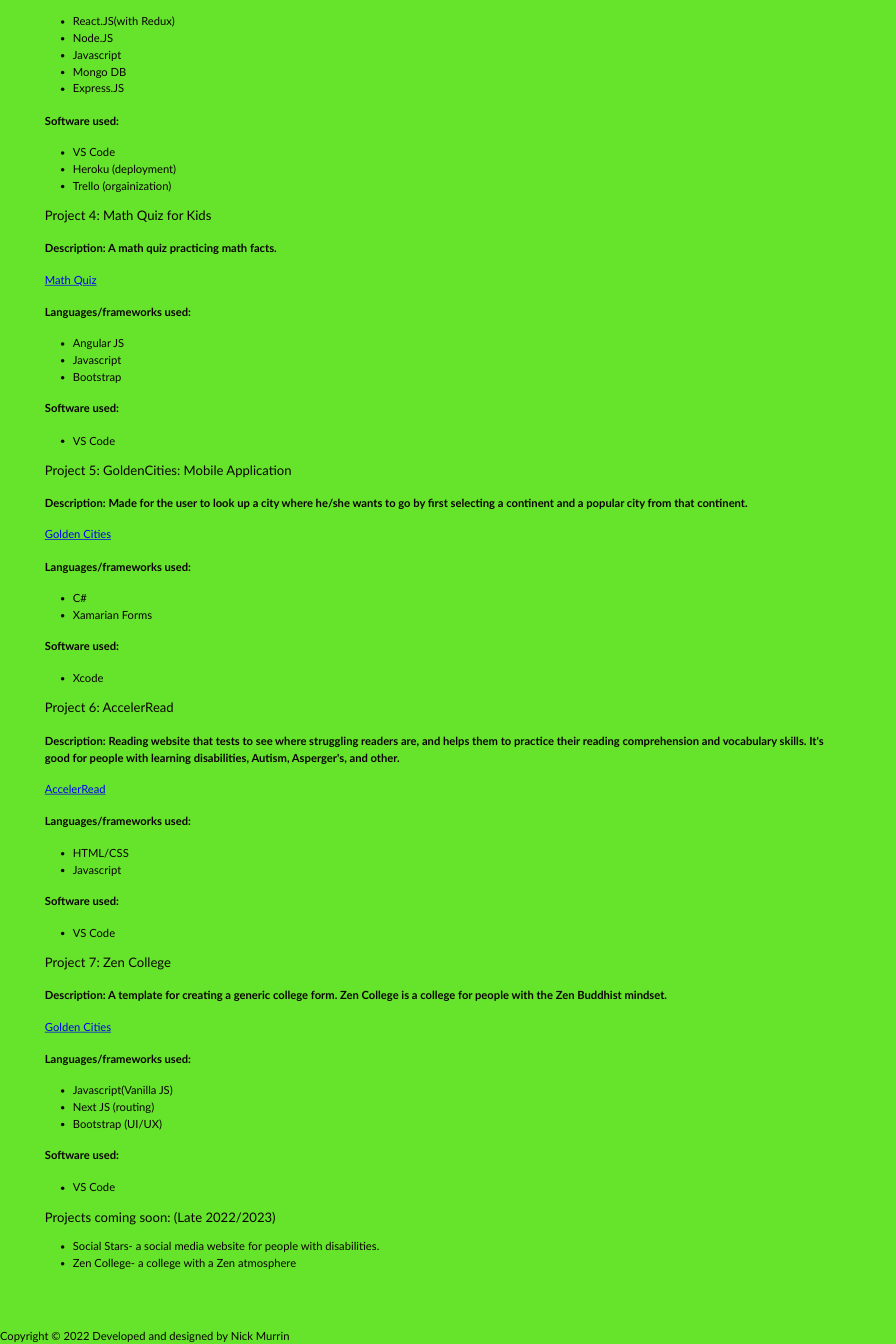
Repository: collegedude9300/modernport
Page: about.html
The author's editor kept a copy of each file at every save. The page is drawn from the files as they stood at one save, then again after the next save.
The browser window is 1280 px wide. The pictures show the part of the page from y = 1350 to 3270 px (the page is 3270 px tall before and 3246 px after), at 70% of full size.

Above is the page before, as saved 2022-11-08 15:22:45.

### about.html
<!DOCTYPE html>
<html lang="en">
<head>
  <meta charset="UTF-8">
  <meta name="viewport" content="width=device-width, initial-scale=1.0">
  <meta http-equiv="X-UA-Compatible" content="ie=edge">
  <link rel="stylesheet" href="css/main.css">
  <title>Portfolio</title>
</head>
<body>
<header>
<div class="menu-btn">
<div class="btn-line"></div>
<div class="btn-line"></div>
<div class="btn-line"></div>
</div>

<nav class="menu">
<div class="menu-branding">
<div class="portrait"></div>
</div>

<ul class="menu-nav">
<li class="nav-item">
<a href="index.html" class="nav-link">
Home
</a>
</li>

<li class="nav-item current">
<a href="about.html" class="nav-link">
About Me
</a>
</li>



<li class="nav-item">
<a href="contact.html" class="nav-link">
Contact Me
</a>
</li>
</ul>
</nav>
</header>
<main id="home">

<h1 class="lg-heading">
About Me:
</h1>
    <div class="about-info">
      <div class="bio">
        <p>My name is Nick Murrin and I am a Computer Science graduate of California State University San Marcos.
        I also have a certification in web development, specifically in Full Stack Web Developement.
        My  current expertise is in Front End Web Development.
        I take pride in my  work, and I am always available to help people with their websites.
        </p>
      </div>
      <div class="project1">
        <h3>Project 1: Education Station </h3>
        <h4>Description: An educational website that reinforces early education for younger kids.</h4>
        <a href="https://educationstation.vercel.app/ "/>Education Station </a>
<h4> Languages/frameworks used: </h4>
<ul>
  <li>Javascript (Vanilla JS)</li>
  <li>Bootstrap</li>
</ul>
<h4> Software used: </h4>
<ul>
<li> Notepad ++  </li>
</ul>
      </div>
      <div class="project2">
        <h3>Project 2: Zen Station</h3>
        <h4>Description: A relaxing website that allows users to settle down by living in the moment through various forms of enlightenment.
          (formally known as Zen Center, but now remastered)</h4>
        <a href="https://zenstationnext.vercel.app/"/> Zen Station </a>
<h4> Languages/frameworks used: </h4>
<ul>
  <li>Javascript(Vanilla JS)</li>
  <li>Next JS (routing)</li>
  <li>Bootstrap (UI/UX)</li>
</ul>
<h4> Software used: </h4>
<ul>
<li> VS Code  </li>
</ul>
      </div>
      <div class="project3">
        <h3>Project 3: NaviSmart Group App</h3>
        <h4>Description: A web-based application for college aged people who wishes to boost their productivity in the morning.
        </h4>
        <a href="https://github.com/Willhanau/FigNeutrons">Team Project on NaviSmart</a>
 <h4> Languages/frameworks used: </h4>
<ul>
  <li>React.JS(with Redux)</li>
  <li>Node.JS</li>
  <li>Javascript</li>
  <li> Mongo DB  </li>
  <li>Express.JS</li>
</ul>
<h4> Software used: </h4>
<ul>
<li> VS Code  </li>
<li> Heroku (deployment)  </li>
<li> Trello (orgainization)  </li>
</ul>
</div>

<div class="project4">
        <h3>Project 4: Math Quiz for Kids</h3>
        <h4>Description: A math quiz practicing math facts.</h4>
        <a href="https://mathquiz-sigma.vercel.app/"/> Math Quiz </a>
<h4> Languages/frameworks used: </h4>
<ul>
  <li>Angular JS</li>
  <li>Javascript</li>
  <li>Bootstrap</li>
</ul>
<h4> Software used: </h4>
<ul>
<li> VS Code  </li>
</ul>
      </div>
</div>
<div class="project5">
        <h3>Project 5: GoldenCities: Mobile Application</h3>
        <h4>Description: Made for the user to look up a city where he/she wants to go by first selecting a continent and a popular city from that continent.</h4>
        <a href="https://github.com/collegedude9300/goldencity"/> Golden Cities </a>
<h4> Languages/frameworks used: </h4>
<ul>
  <li>C#</li>
  <li>Xamarian Forms</li>
</ul>
<h4> Software used: </h4>
<ul>
<li> Xcode  </li>
</ul>
      </div>
</div>
<div class="project6">
  <h3>Project 6: AccelerRead</h3>
  <h4>Description: Reading website that tests to see where struggling readers are,
and helps them to practice their reading comprehension and vocabulary skills.
 It's good for people with learning disabilities, Autism, Asperger's, and other.</h4>
  <a href="https://accelerread.vercel.app/"/> AccelerRead </a>
<h4> Languages/frameworks used: </h4>
<ul>
<li>HTML/CSS</li>
<li>Javascript</li>
</ul>
<h4> Software used: </h4>
<ul>
<li> VS Code  </li>
</ul>
</div>
</div>
<div class="project7">
  <h3>Project 7: Zen College</h3>
  <h4>Description: A template for creating a generic college form. Zen College is a college for people with the Zen Buddhist mindset.</h4>
  <a href="https://github.com/collegedude9300/goldencity"/> Golden Cities </a>
<h4> Languages/frameworks used: </h4>
<ul>
  <li>Javascript(Vanilla JS)</li>
  <li>Next JS (routing)</li>
  <li>Bootstrap (UI/UX)</li>
</ul>
<h4> Software used: </h4>
<ul>
<li> VS Code  </li>
</ul>
</div>
</div>
<h3> Projects coming soon: (Late 2022/2023)      </h3>
<ul>
  <li>Social Stars- a social media website for people with disabilities.</li>
  <li>Zen College- a college with a Zen atmosphere</li>
</ul>
</main>
  <footer id="main-footer">
  Copyright &copy; 2022
  Developed and designed by Nick Murrin
  </footer>
<script src="js/main.js"> </script>
</body>
</html>

### css/main.css
.menu-btn {
  position: absolute;
  z-index: 3;
  right: 35px;
  top: 35px;
  cursor: pointer;
  transition: all 0.5s ease-out; }
  .menu-btn .btn-line {
    width: 28px;
    height: 3px;
    margin: 0 0 5px 0;
    background: #000;
    transition: all 0.5s ease-out; }
  .menu-btn.close {
    transform: rotate(180deg); }
    .menu-btn.close .btn-line:nth-child(1) {
      transform: rotate(45deg) translate(5px, 5px); }
    .menu-btn.close .btn-line:nth-child(2) {
      opacity: 0; }
    .menu-btn.close .btn-line:nth-child(3) {
      transform: rotate(-45deg) translate(7px, -6px); }

.menu {
  position: fixed;
  top: 0;
  width: 100%;
  opacity: 0.9;
  visibility: hidden; }
  .menu.show {
    visibility: visible; }
  .menu-branding, .menu-nav {
    display: flex;
    flex-flow: column wrap;
    align-items: center;
    justify-content: center;
    float: left;
    width: 50%;
    height: 100vh;
    overflow: hidden; }
  .menu-nav {
    margin: 0;
    padding: 0;
    background: #f6a205;
    list-style: none;
    transform: translate3d(0, -100%, 0);
    transition: all 0.5s ease-out; }
    .menu-nav.show {
      transform: translate3d(0, 0, 0); }
  .menu-branding {
    background: #faac1b;
    transform: translate3d(0, 100%, 0);
    transition: all 0.5s ease-out; }
    .menu-branding.show {
      transform: translate3d(0, 0, 0); }
    .menu-branding .portrait {
      width: 250px;
      height: 250px; }
  .menu .nav-item {
    transform: translate3d(600px, 0, 0);
    transition: all 0.5s ease-out; }
    .menu .nav-item.show {
      transform: translate3d(0, 0, 0); }
  .menu .nav-link {
    display: inline-block;
    position: relative;
    font-size: 30px;
    text-transform: uppercase;
    padding: 1rem 0;
    font-weight: 300;
    color: #000;
    text-decoration: none;
    transition: all 0.5s ease-out; }

.nav-item:nth-child(1) {
  transition-delay: 0.1s; }

.nav-item:nth-child(2) {
  transition-delay: 0.2s; }

.nav-item:nth-child(3) {
  transition-delay: 0.3s; }

.nav-item:nth-child(4) {
  transition-delay: 0.4s; }

@media screen and (min-width: 1171px) {
  .projects {
    grid-template-columns: repeat(4, 1fr); } }

@media screen and (min-width: 769px) and (max-width: 1170px) {
  .projects {
    grid-template-columns: repeat(3, 1fr); } }

@media screen and (max-width: 768px) {
  main {
    align-items: center;
    text-align: center; }
    main .lg-heading {
      line-height: 1;
      margin-bottom: 1rem; }
  ul.menu-nav,
  div.menu-branding {
    float: none;
    width: 100%;
    min-height: 0; }
    ul.menu-nav.show,
    div.menu-branding.show {
      transform: translate3d(0, 0, 0); }
  .menu-nav {
    height: 75vh;
    transform: translate3d(-100%, 0, 0);
    font-size: 24px; }
  .menu-branding {
    height: 25vh;
    transform: translate3d(100%, 0, 0); }
    .menu-branding .portrait {
      width: 150px;
      height: 150px; }
  .about-info {
    grid-template-areas: 'bioimage'
 'bio'
 'job1'
 'job2'
 'job3';
    grid-template-columns: 1fr; }
  .projects {
    grid-template-columns: repeat(2, 1fr); } }

@media screen and (max-width: 500px) {
  main {
    padding: 2rem; }
    main #home h1 {
      margin-top: 10vh; }
    main .lg-heading {
      margin-top: 1rem;
      font-size: 5rem; }
  .projects {
    grid-template-columns: 1fr; } }

* {
  box-sizing: border-box; }

body {
  background: #66e42c;
  color: #0a0303;
  height: 100%;
  margin: 0;
  font-family: 'Trebuchet MS', 'Lucida Sans Unicode', 'Lucida Grande', 'Lucida Sans', Arial, sans-serif;
  line-height: 1.5; }

.transition1 {
  width: 150px;
  height: 150px;
  background: red;
  transition: width 3s; }

.transition2 {
  width: 150px;
  height: 150px;
  background: #12e7ee;
  transition: width 3s; }

.transition3 {
  width: 150px;
  height: 150px;
  background: #e7d918;
  transition: width 3s; }

.transition4 {
  width: 150px;
  height: 150px;
  background: rgba(238, 150, 18, 0.753);
  transition: width 3s; }

.myTitle {
  padding: 50px;
  margin: 20px;
  font-size: 30px;
  font-family: Cambria, Cochin, Georgia, Times, 'Times New Roman', serif;
  color: #1133ca; }

h1, h2, h3 {
  margin: 0;
  font-weight: 400; }

.lg-heading {
  font-size: 6rem; }

header {
  position: relative;
  z-index: 2; }

main {
  padding: 4rem;
  height: 100%; }
  main#home {
    overflow: hidden; }
  main h1 {
    margin-top: 20vh; }

### js/main.js
// Select DOM Items
const menuBtn = document.querySelector('.menu-btn');
const menu = document.querySelector('.menu');
const menuNav = document.querySelector('.menu-nav');
const menuBranding = document.querySelector('.menu-branding');
const navItems = document.querySelectorAll('.nav-item');

// Set Initial State Of Menu
let showMenu = false;

menuBtn.addEventListener('click', toggleMenu);

function toggleMenu() {
  if (!showMenu) {
    menuBtn.classList.add('close');
    menu.classList.add('show');
    menuNav.classList.add('show');
    menuBranding.classList.add('show');
    navItems.forEach(item => item.classList.add('show'));

    // Set Menu State
    showMenu = true;
  } else {
    menuBtn.classList.remove('close');
    menu.classList.remove('show');
    menuNav.classList.remove('show');
    menuBranding.classList.remove('show');
    navItems.forEach(item => item.classList.remove('show'));

    // Set Menu State
    showMenu = false;
  }
}

After the next save:
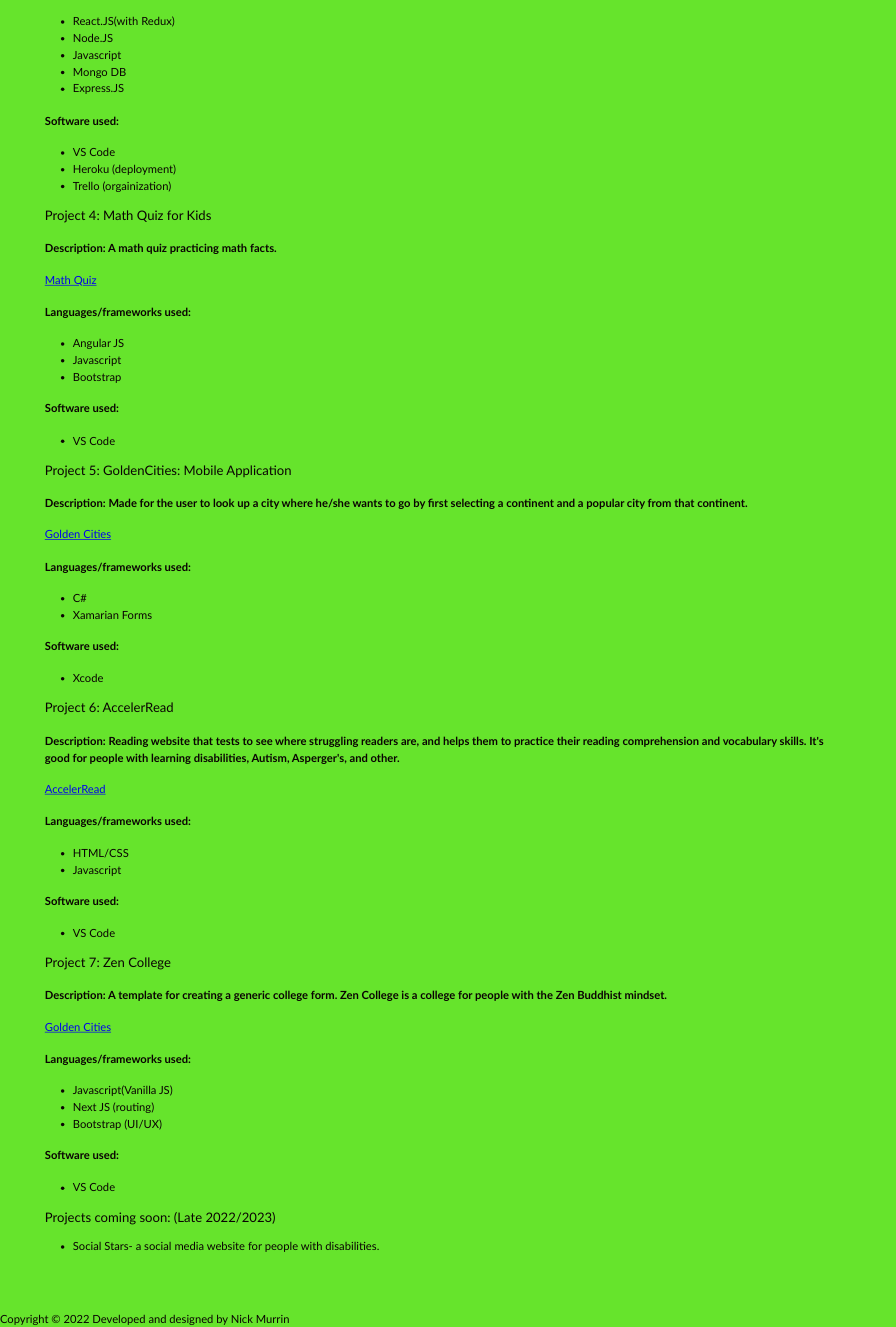
Saved 11 s later.
--- a/about.html
+++ b/about.html
@@ -174,7 +174,6 @@ and helps them to practice their reading comprehension and vocabulary skills.
 <h3> Projects coming soon: (Late 2022/2023)      </h3>
 <ul>
   <li>Social Stars- a social media website for people with disabilities.</li>
-  <li>Zen College- a college with a Zen atmosphere</li>
 </ul>
 </main>
   <footer id="main-footer">
